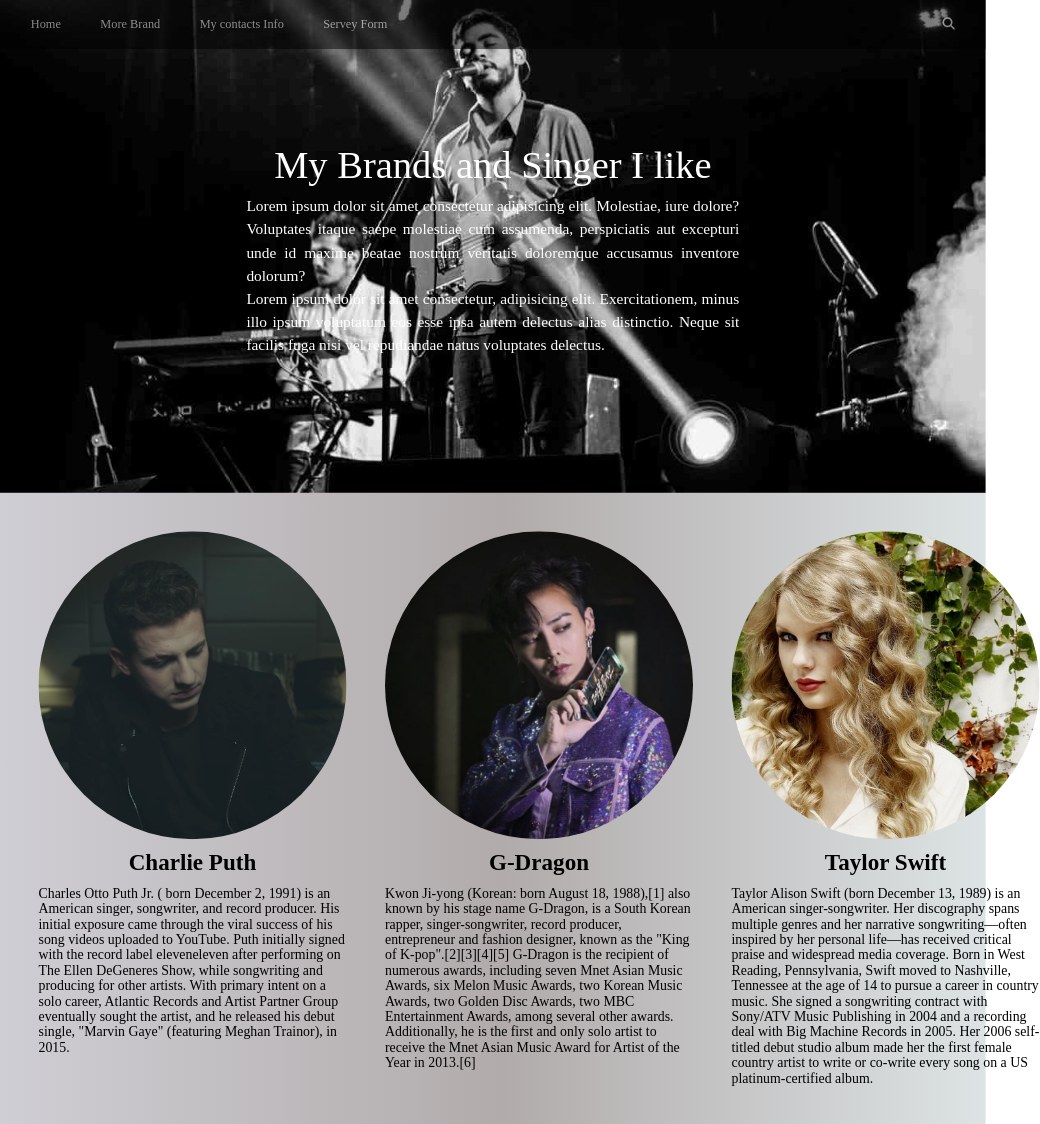
Repository: MinChea36/asm
Page: ASSM1.html
An editor plug-in stored every save of this project. The page is shown before and after the next save, followed by the edit.
The browser window is 1280 px wide. The page is 1350 px wide, so the pictures cover 1350 px, including what lies to the right of the window. The pictures show the whole page, at 77% of full size.

Above is the page before, as saved 2022-09-22 22:43:45.

### ASSM1.html
<!DOCTYPE html>
<html lang="en">
<head>
    <meta charset="UTF-8">
    <meta http-equiv="X-UA-Compatible" content="IE=edge">
    <meta name="viewport" content="width=device-width, initial-scale=1.0">
    <link rel="stylesheet" href="./resetcss.css">
    <link rel="stylesheet" href="./style.css">
    <link rel="stylesheet" href="https://cdnjs.cloudflare.com/ajax/libs/font-awesome/6.2.0/css/all.min.css">
    <link rel="stylesheet" href="https://fonts.googleapis.com/css?family=Lato">
    <title>AssignMent 1</title>
</head>
<body>
    <div class="top-menu">
        <div class="menu">
            <a href="#1">Home</a> |
            <a href="#2">More Brand</a> |
            <a href="#3">My contacts Info</a> |
            <a href="#4">Servey Form</a> |
        </div>
        <div class="search">
            <i class="fa-solid fa-magnifying-glass"></i>
        </div>
    </div>
    <div class="brand-singer">
        <img src="./chicago.jpg" width="100%" alt="">
        <div class="brand-singer-in-img">
        <h2>My Brands and Singer I like</h2>
        <p>Lorem ipsum dolor sit amet consectetur adipisicing elit. Molestiae, iure dolore? Voluptates itaque saepe molestiae cum assumenda, perspiciatis aut excepturi unde id maxime beatae nostrum veritatis doloremque accusamus inventore dolorum?<br>
            Lorem ipsum dolor sit amet consectetur, adipisicing elit. Exercitationem, minus illo ipsum voluptatum eos esse ipsa autem delectus alias distinctio. Neque sit facilis fuga nisi vel repudiandae natus voluptates delectus.
        </p>
        </div>
    </div>
    <div class="singers-like">
        <div class="row">
            <div class="card-img">
               <img src="./643a87-Charlie-Puth-Claims-Hes-Done-Writing-Love-Ballads-And-Is-Bring-His-Dark-Thoughts-To-His-New-Album-feature.webp" alt="">
            </div>
            <div class="singers-text">
            <h2>Charlie Puth</h2>
            <p>Charles Otto Puth Jr. ( born December 2, 1991) is an American singer, songwriter, and record producer. His initial exposure came through the viral success of his song videos uploaded to YouTube. Puth initially signed with the record label eleveneleven after performing on The Ellen DeGeneres Show, while songwriting and producing for other artists. With primary intent on a solo career, Atlantic Records and Artist Partner Group eventually sought the artist, and he released his debut single, "Marvin Gaye" (featuring Meghan Trainor), in 2015.</p>
            </div>
        </div>
        <div class="row">
            <div class="card-img">
               <img src="/G-Dragon-elle-man-1.jpg" alt="">
            </div>
            <div class="singers-text">
            <h2>G-Dragon</h2>
            <p>Kwon Ji-yong (Korean: born August 18, 1988),[1] also known by his stage name G-Dragon, is a South Korean rapper, singer-songwriter, record producer, entrepreneur and fashion designer, known as the "King of K-pop".[2][3][4][5] G-Dragon is the recipient of numerous awards, including seven Mnet Asian Music Awards, six Melon Music Awards, two Korean Music Awards, two Golden Disc Awards, two MBC Entertainment Awards, among several other awards. Additionally, he is the first and only solo artist to receive the Mnet Asian Music Award for Artist of the Year in 2013.[6]</p>
            </div>
        </div>
        <div class="row">
            <div class="card-img">
               <img src="images814767taylorsw-c29a.jpg" alt="">
            </div>
            <div class="singers-text">
            <h2>Taylor Swift</h2>
            <p>Taylor Alison Swift (born December 13, 1989) is an American singer-songwriter. Her discography spans multiple genres and her narrative songwriting—often inspired by her personal life—has received critical praise and widespread media coverage. Born in West Reading, Pennsylvania, Swift moved to Nashville, Tennessee at the age of 14 to pursue a career in country music. She signed a songwriting contract with Sony/ATV Music Publishing in 2004 and a recording deal with Big Machine Records in 2005. Her 2006 self-titled debut studio album made her the first female country artist to write or co-write every song on a US platinum-certified album.</p>
        </div>
        </div>
    </div>


</body>
</html>

### resetcss.css
*,
*::before,
*::after {
  box-sizing: border-box;
}
* {
  margin: 0;
  padding: 0;
  font: inherit;
}
body {
  line-height: 1.5;
}
img,
picture,
video,
canvas,
svg {
  display: block;
  max-width: 100%;
}
input,
button,
textarea,
select {
  outline: none;
}
p,
h1,
h2,
h3,
h4,
h5,
h6 {
  overflow-wrap: break-word;
}

### style.css
body {
    padding: 0;
    margin: 0;

}
.top-menu {
    display: flex;
    justify-content: space-between;
    background-color: black;
    padding: 20px;
    position: fixed;
    top: 0;
    left: 0;
    z-index: 2;
    right: 0;
    opacity: 0.5;
}
.menu a{
    color: white;
    text-decoration: none;
    padding: 0 20px;
}
.menu a:hover {
    color: red;
}
.search i {
    color: white;
    padding-right: 20px;
}
.brand-singer {
    position: relative;
}
.brand-singer-in-img {
    position: absolute;
    top: 50%;
    left: 50%;
    transform: translate(-50%, -50%);
    color: white;
    text-align: center;
}
.brand-singer h2 {
    font-size: 50px;
}
.brand-singer p {
    text-align: justify;
    font-size: 20px;
}
.singers-like {
    display: grid;
    grid-template-columns: repeat(3,1fr);
    grid-column-gap: 50px;
    padding: 50px 50px;
    background: rgb(207,206,212);
background: linear-gradient(90deg, rgba(207,206,212,1) 0%, rgba(177,171,171,1) 51%, rgba(221,227,228,1) 100%);
    line-height: 20px;
}
.singers-text h2 {
    margin-top: 20px;
    margin-bottom: 20px;
    text-align: center;
    font-size: 30px;
    font-weight: bold;
}
.singers-text p {
    font-size: 18px;
}
.card-img {
    border-radius: 50%;
    width: 400px;
    height: 400px;
    overflow: hidden;
    margin: 0 auto;
}
.card-img img{
    width: 100%;
    height: 100%;
    object-fit: cover;
}

After the next save:
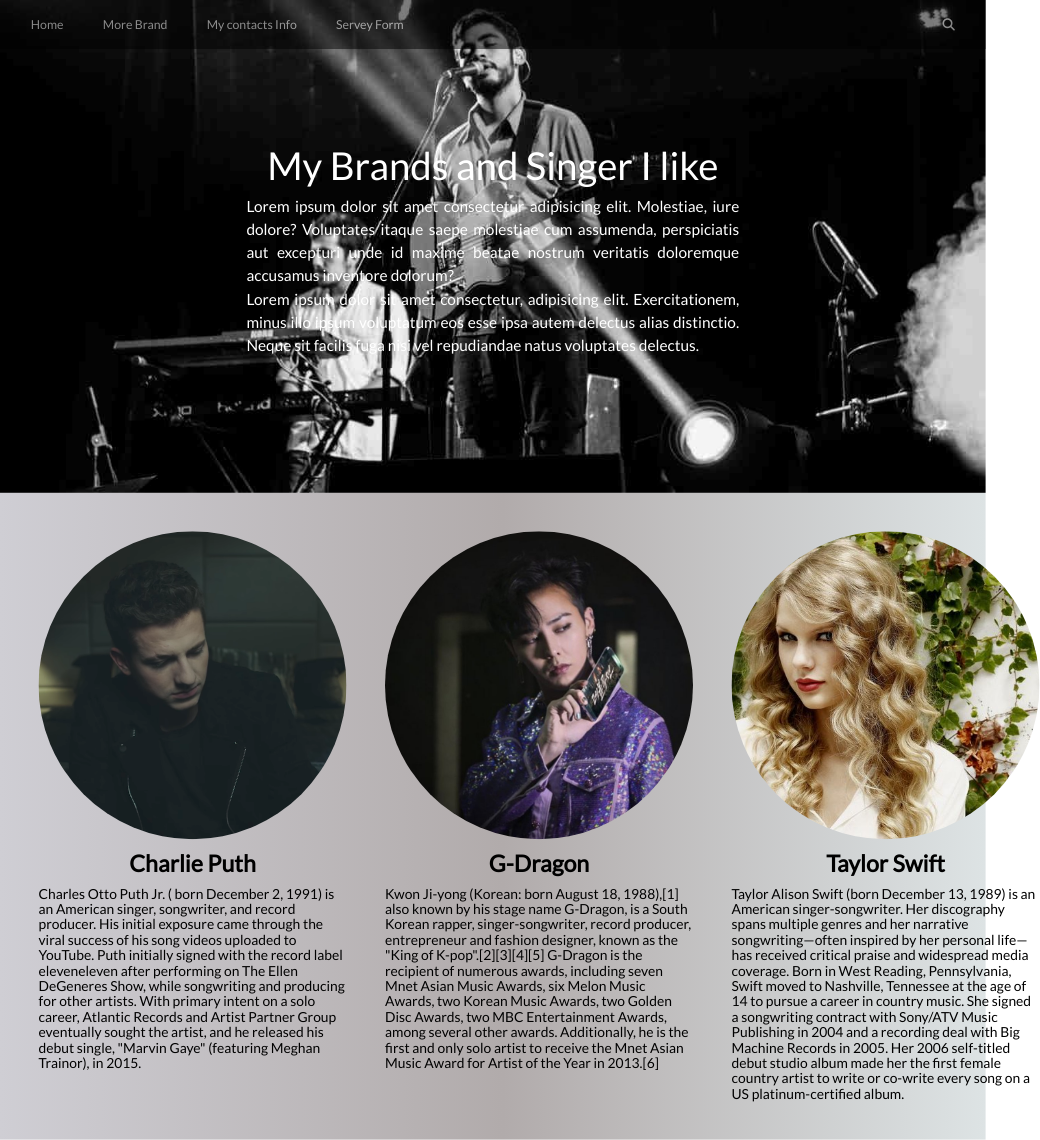
Saved 8 s later.
--- a/style.css
+++ b/style.css
@@ -1,7 +1,7 @@
 body {
     padding: 0;
     margin: 0;
-
+    font-family: "Lato", sans-serif;
 }
 .top-menu {
     display: flex;
